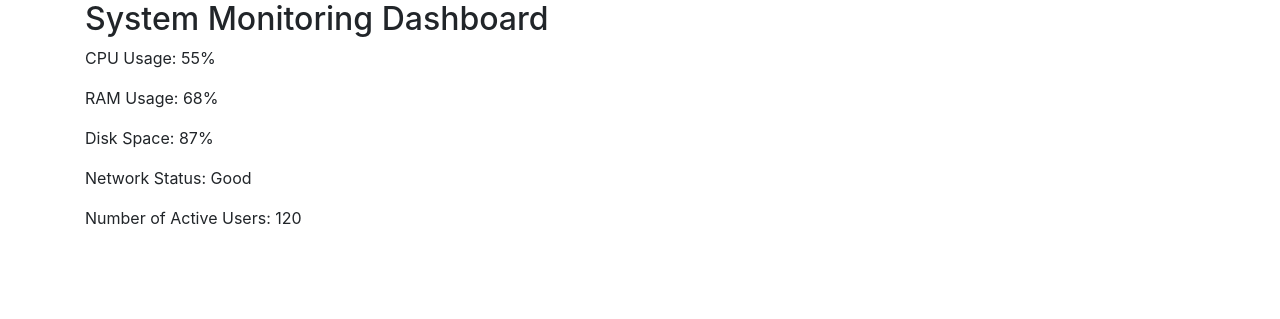
Repository: apps-eduard/TH_MONITORING_v1
Page: http://localhost/th_monitoring/
The author's editor kept a copy of each file at every save. The page is drawn from the files as they stood at one save, then again after the next save.
The browser window is 1280 px wide. The pictures show the whole page.
Some web libraries are served in a nearby version. The page is served by the project's application, run on Django 5.2 (manage.py). Other server files are loaded and not shown.

Above is the page before, as saved 2024-03-26 11:29:12.

### th_monitoring/templates/th_monitoring/dashboard.html
{% extends 'base.html' %}

{% block content %}
<div class="container">
    <h2>System Monitoring Dashboard</h2>
    <p>CPU Usage: {{ data.cpu_usage }}</p>
    <p>RAM Usage: {{ data.ram_usage }}</p>
    <p>Disk Space: {{ data.disk_space }}</p>
    <p>Network Status: {{ data.network_status }}</p>
    <p>Number of Active Users: {{ data.number_of_active_users }}</p>
</div>
{% endblock %}

### templates/base.html
<!DOCTYPE html>
<html lang="en">
<head>
    <meta charset="UTF-8">
    <meta name="viewport" content="width=device-width, initial-scale=1.0">
    <title>{% block title %}Your Site{% endblock %}</title>
    <link href="https://stackpath.bootstrapcdn.com/bootstrap/4.5.2/css/bootstrap.min.css" rel="stylesheet">
</head>
<body>
    {% if show_navbar %}
    <!-- Navbar -->
    <nav class="navbar navbar-expand-lg navbar-light bg-light">
        <a class="navbar-brand" href="#">ProjectName</a>
        <button class="navbar-toggler" type="button" data-toggle="collapse" data-target="#navbarNav" aria-controls="navbarNav" aria-expanded="false" aria-label="Toggle navigation">
            <span class="navbar-toggler-icon"></span>
        </button>
        <div class="collapse navbar-collapse" id="navbarNav">
            <ul class="navbar-nav">
                <li class="nav-item active">
                    <a class="nav-link" href="#">Home <span class="sr-only">(current)</span></a>
                </li>
                <li class="nav-item">
                    <a class="nav-link" href="#">Features</a>
                </li>
            </ul>
        </div>
    </nav>
    {% endif %}
{% block content %}
{% endblock %}

<script src="https://code.jquery.com/jquery-3.5.1.slim.min.js"></script>
<script src="https://cdn.jsdelivr.net/npm/@popperjs/core@2.5.2/dist/umd/popper.min.js"></script>
<script src="https://stackpath.bootstrapcdn.com/bootstrap/4.5.2/js/bootstrap.min.js"></script>
</body>
</html>

### th_monitoring/views.py
from django.shortcuts import render

# Example of a simple monitoring view
def monitoring_dashboard(request):
    # In a real scenario, you would query your database or monitoring service here
    # For demonstration, we'll use static data
    monitoring_data = {
        'cpu_usage': '55%',
        'ram_usage': '68%',
        'disk_space': '87%',
        'network_status': 'Good',
        'number_of_active_users': 120,
    }

    return render(request, 'th_monitoring/dashboard.html', {'data': monitoring_data})

### core/urls.py
from django.contrib import admin
from django.urls import path, include
from user_profile.views import login_view

urlpatterns = [
    path('admin/', admin.site.urls),
    path('', login_view, name='login'),
    path('th_monitoring/', include('th_monitoring.urls', namespace='th_monitoring')),
    path('user_profile/', include('user_profile.urls')),
]

### th_monitoring/urls.py
# th_monitoring/urls.py

from django.urls import path
from . import views

app_name = 'th_monitoring'

urlpatterns = [
    path('', views.monitoring_dashboard, name='dashboard'),
]

### user_profile/urls.py
from django.urls import path
from .views import register_view, login_view, profile_view

urlpatterns = [
    path('login/', login_view, name='login'),
    path('register/', register_view, name='register'),
    path('profile/', profile_view, name='profile'),  # Ensure this is in place if you haven't added it yet
]

After the next save:
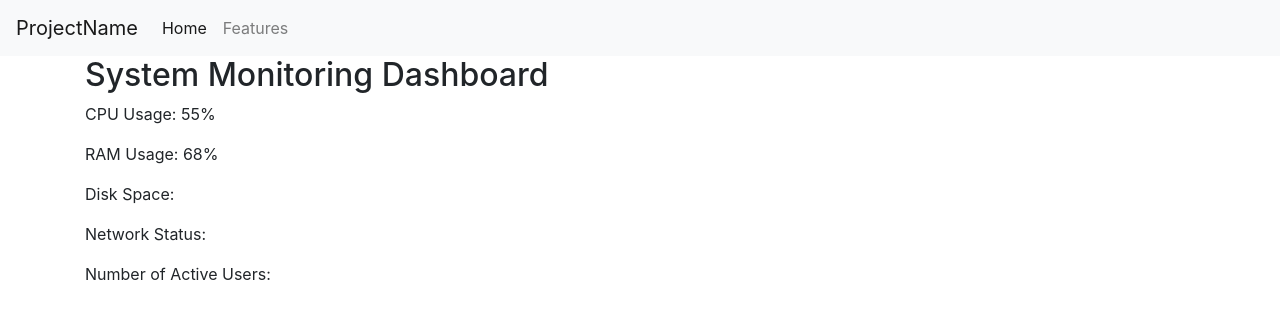
Saved 80 s later.
--- a/th_monitoring/views.py
+++ b/th_monitoring/views.py
@@ -1,15 +1,18 @@
 from django.shortcuts import render
 
-# Example of a simple monitoring view
 def monitoring_dashboard(request):
-    # In a real scenario, you would query your database or monitoring service here
-    # For demonstration, we'll use static data
+    # Your existing logic to gather monitoring data
     monitoring_data = {
+        # Example data
         'cpu_usage': '55%',
         'ram_usage': '68%',
-        'disk_space': '87%',
-        'network_status': 'Good',
-        'number_of_active_users': 120,
+        # Add more monitoring data as needed
     }
 
-    return render(request, 'th_monitoring/dashboard.html', {'data': monitoring_data})
+    # Include 'show_navbar': True in the context
+    context = {
+        'data': monitoring_data,
+        'show_navbar': True,  # This will show the navbar on the dashboard
+    }
+
+    return render(request, 'th_monitoring/dashboard.html', context)
